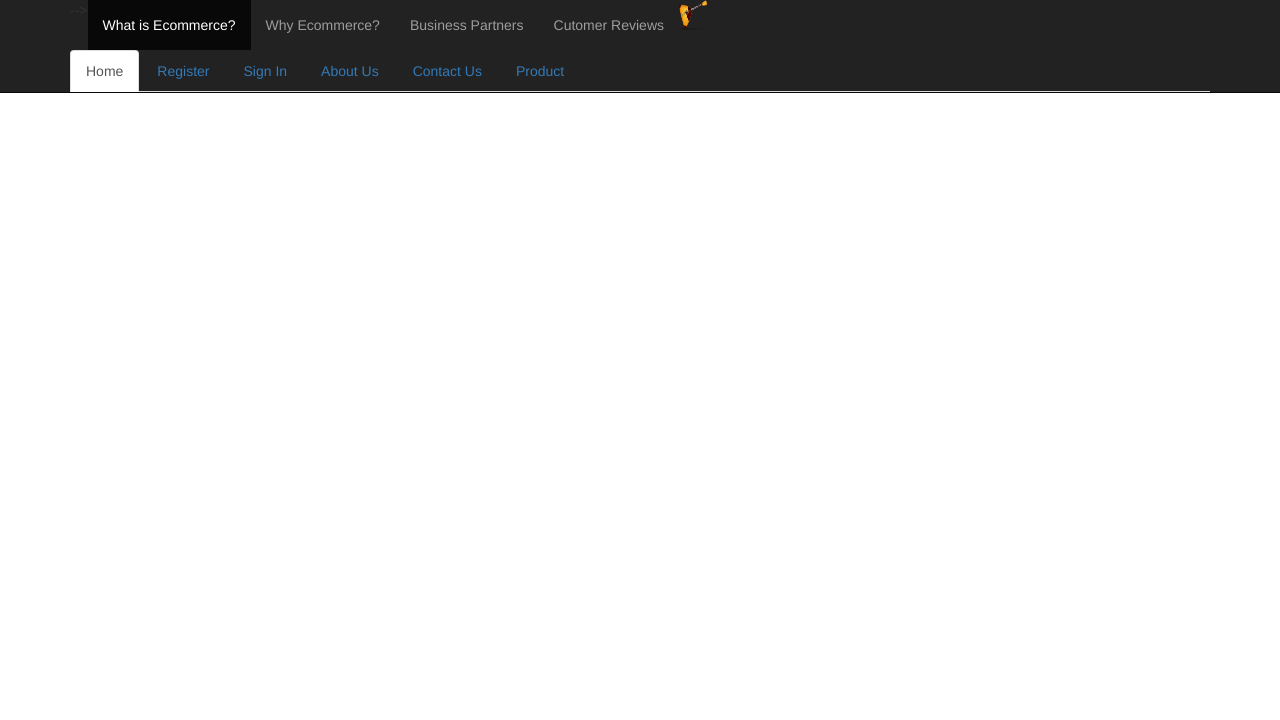
Repository: aradhana15/myFinalRepository
Page: http://localhost/music/WEB-INF/views/index.jsp
The author's editor kept a copy of each file at every save. The page is drawn from the files as they stood at one save, then again after the next save.
The browser window is 1280 px wide. The pictures show the whole page.
The page is served by Tomcat 9. Nobody is signed in. The template is opened directly, without the code that normally fills it, so the values that code supplies are empty.

Above is the page before, as saved 2016-04-22 06:54:48.
Console error (its wording comes from the project's code and is left out).

After the next save:
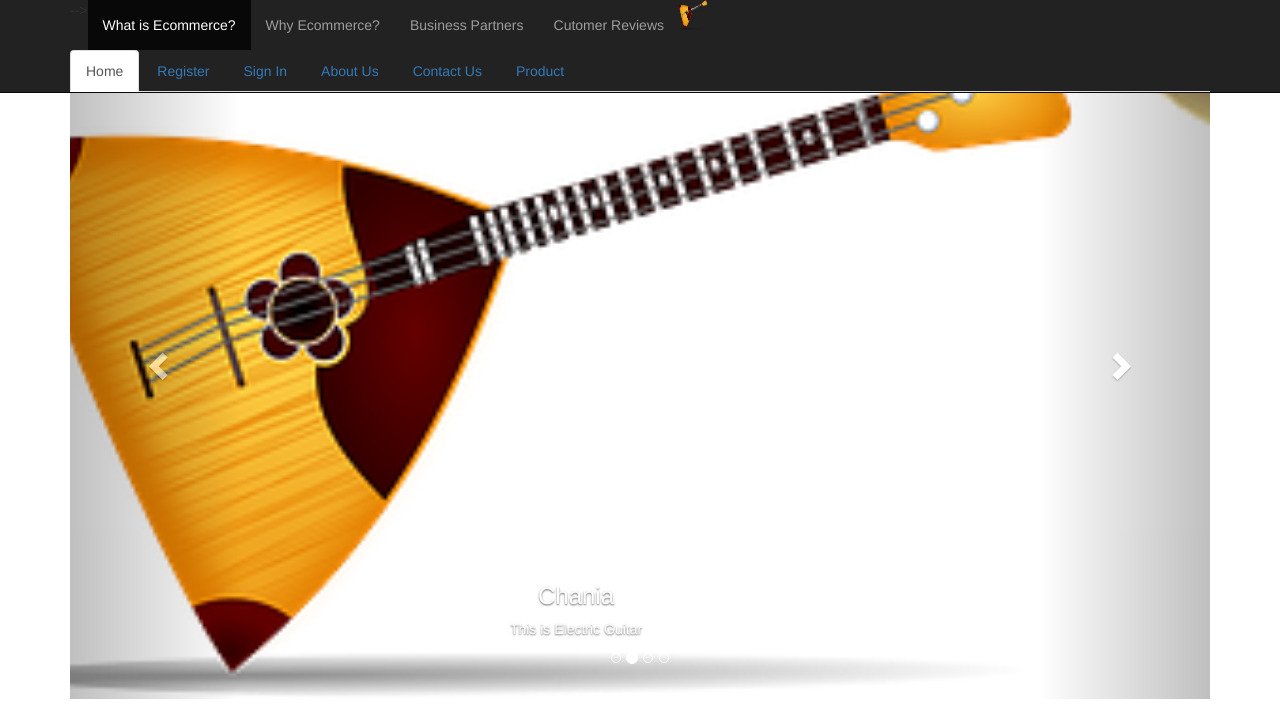
Saved 35 s later.
--- a/wwf/music/src/main/webapp/WEB-INF/views/index.jsp
+++ b/wwf/music/src/main/webapp/WEB-INF/views/index.jsp
@@ -32,7 +32,7 @@
     <!-- Wrapper for slides -->
     <div class="carousel-inner" role="listbox">
       <div class="item active">
-        <img src="<c:url value='/resources/images/guitar.jpg'/>" alt="Chania" style=width:100px style=height:100px/>
+        <img src="<c:url value='/resources/images/guitar.jpg'/>" alt="Chania" style=width:100% style=height:100%/>
         <div class="carousel-caption">
         <h3>Chania</h3>
         <p>This is Electric Guitar</p>
@@ -40,7 +40,7 @@
       </div>
 
       <div class="item">
-        <img src="<c:url value='/resources/images/drum.jpg'/>" alt="Chania" style=width:100px style=height:200%/>
+        <img src="<c:url value='/resources/images/drum.jpg'/>" alt="Chania" style=width:300% style=height:200%/>
         <div class="carousel-caption">
         <h3>Chania</h3>
         <p>Tabla</p>
